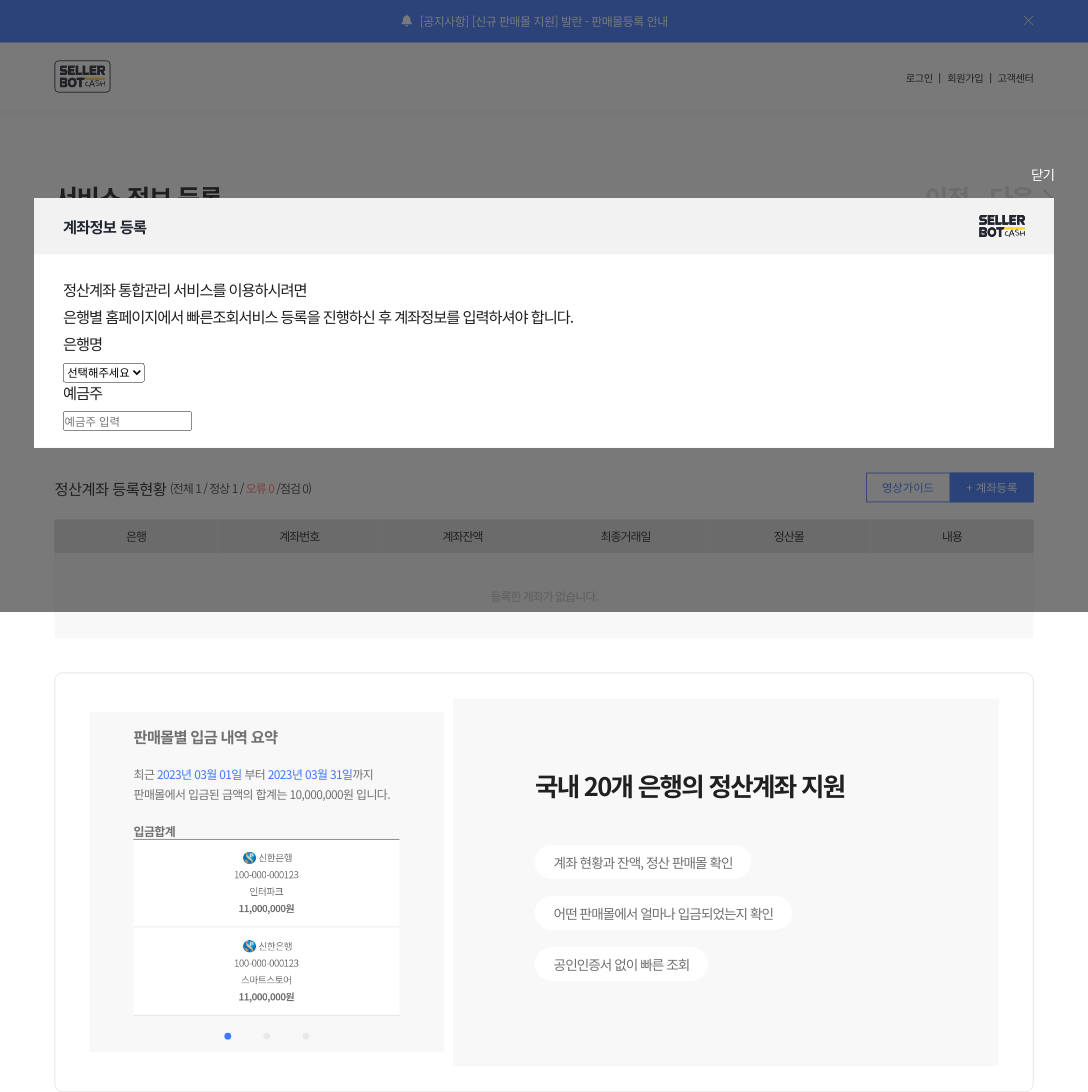
Repository: elemapfelr/ownServer
Page: test-server/web/sellerbot_signup/step_07.html
These files come from the project's save history. The page is drawn as it stood at one moment and after the next save; the edit follows.
The browser window is 1280 px wide. The pictures show the whole page, at 85% of full size.
After loading, the first visible `#regAcc` was clicked once.
Some web libraries are served in a nearby version. The style sheet was rebuilt from its Sass, Less or Tailwind sources for each picture, by a compiler version that may differ from the author's.

Above is the page before, as saved 2023-03-15 10:49:54.

### test-server/web/sellerbot_signup/step_07.html
<!DOCTYPE html>
<html lang="ko">

<head>
	<meta charset="UTF-8">
	<meta http-equiv="X-UA-Compatible" content="IE=edge">
	<meta name="viewport" content="width=device-width, initial-scale=1.0">
	<title>셀러봇캐시 회원가입</title>
	<link rel="stylesheet" href="./css/step_07.css">
	<script type="module" src="./js/step_07.js" defer></script>
	<script src="https://kit.fontawesome.com/133e10f389.js" crossorigin="anonymous"></script>
</head>

<body>
	<header>
		<div class="top">
			<div class="notification">
				<div class="text">
					<i class="fa-solid fa-bell"></i>
					<p>[공지사항] [신규 판매몰 지원] 발란 - 판매몰등록 안내</p>
				</div>
				<button><img src="./img/xmark.svg" alt="xmark"></button>
			</div>
		</div>
		<div class="bottom">
			<div class="logo"><img src="./img/sellerbotLogo.svg" alt="sellerbot"></div>
			<div class="right">
				<button>로그인</button>
				<span></span>
				<button>회원가입</button>
				<span></span>
				<button>고객센터</button>
			</div>
		</div>
	</header>
	<main>
		<section>
			<button class="fixed2" id="prevStep">
				<span>이전</span>
			</button>
			<button class="fixed" id="nextStep">
				<span>다음</span>
				<img src="./img/rightArrow.svg" />
			</button>
			<article id="top">
				<div class="title">
					<h1>서비스 정보 등록</h1>
				</div>
				<div class="processBar">
					<div class="first step">
						<span class="line"></span>
						<p>판매몰 등록</p>
					</div>
					<div class="second step">
						<span class="line"></span>
						<p>결제수단 등록</p>
					</div>
					<div class="third step active">
						<span class="line"></span>
						<p>계좌 등록</p>
					</div>
				</div>
			</article>
			<article id="accountReg">
				<p class="topText">나도 모르는 정산금 입금내역, 등록 한 번이면 쉽고 빠르게 볼 수 있습니다.</p>
				<div class="tableTop">
					<div class="left">
						<p>정산계좌 등록현황</p>
						<span>(<b>전체 1</b> / <b>정상 1</b> / <b class="err">오류 0</b> /<b>점검 0</b>)</span>
					</div>
					<div class="right">
						<button class="blue_outline" id="vidGuide">영상가이드</button>
						<button class="blue" id="regAcc">+ 계좌등록</button>
					</div>
				</div>
				<table id="accountList">
					<thead>
						<tr>
							<td>은행</td>
							<td>계좌번호</td>
							<td>계좌잔액</td>
							<td>최종거래일</td>
							<td>정산몰</td>
							<td>내용</td>
						</tr>
					</thead>
					<tbody>
						<tr class="noData">
							<td colspan="6">등록한 계좌가 없습니다.</td>
						</tr>
					</tbody>
				</table>
			</article>
			<article id="extraInfo">
				<div class="left">
					<div class="content">
						<h4>판매몰별 입금 내역 요약</h4>
						<p>최근 <b>2023년 03월 01일</b> 부터 <b>2023년 03월 31일</b>까지<br>
							판매몰에서 입금된 금액의 합계는 10,000,000원 입니다.</p>
						<h5>입금합계</h5>
						<img src="./img/step_07_img_01.png" alt="summary">
						<ul class="bottomUl">
							<li class="active"></li>
							<li></li>
							<li></li>
						</ul>
					</div>
				</div>
				<div class="right">
					<div class="content">
						<h3>국내 20개 은행의 정산계좌 지원</h3>
						<p>계좌 현황과 잔액, 정산 판매몰 확인</p>
						<p>어떤 판매몰에서 얼마나 입금되었는지 확인</p>
						<p>공인인증서 없이 빠른 조회</p>
					</div>
				</div>
			</article>
		</section>
	</main>
</body>

</html>

### test-server/web/sellerbot_signup/js/step_07.js
import modalShow from './import/modalShow.js';

document.querySelector('#prevStep').addEventListener('click', () => {
	location.href = './step_06.html';
});

document.querySelector('#regAcc').addEventListener('click', () => {
	let popupHtml = `
    <div class="head">
		<h5>계좌정보 등록</h5>
		<img src="./img/sellerbotLogo.svg" alt="sellerbot cash">
	</div>
	<div class="body">
		<p>정산계좌 통합관리 서비스를 이용하시려면</p>
		<p class="red">은행별 홈페이지에서 빠른조회서비스 등록을 진행하신 후 계좌정보를 입력하셔야 합니다.</p>
        <form action="action.do">
			<p>은행명</p>
			<div class="row">
				<select id="bankName">
					<option value="" selected>선택해주세요</option>
					<option value="신한">신한은행</option>
					<option value="국민">국민은행</option>
					<option value="농협">농협은행</option>
				</select>
			</div>
			<p>예금주</p>
			<div class="row">
				<input type="text" id="accUser" placeholder="예금주 입력">
			</div>
		</form>
	</div>`;
	modalShow({
		id: 'modal_01',
		content: popupHtml,
		function: () => {},
	});
});

### test-server/web/sellerbot_signup/css/scss/step_07.scss
@import "./common", "./modal";

article#accountReg{
    margin-top: 80px;

    p.topText{
        font-size: 18px;
        letter-spacing: -0.65px;
        text-align: left;
        color: #202020;
        margin-bottom: 80px;
    }

    .tableTop{
        display: flex;
        align-items: center;
        justify-content: space-between;

        .left{
            display: flex;
            align-items: center;
            p{
                font-size: 18px;
                font-weight: 500;
                letter-spacing: -0.65px;
                text-align: left;
                color: #202020;
            }
            span{
                margin-left: 4px;
                font-size: 14px;
                letter-spacing: -1.12px;
                text-align: left;
                color: #474246;

                b{
                    font-weight: normal;

                    &.err{
                        color: #ff7070;
                    }
                }
            }
        }

        .right{
            display: flex;
            align-items: center;

            button{
                padding: 7px 18px;
                box-sizing: border-box;
                border: 1px solid #3d78ff;
                cursor: pointer;

                &.blue_outline{
                    background-color: #fff;
                    color: #3d78ff;
                }
                &.blue{
                    background-color: #3d78ff;
                    color: white;
                }
            }
        }
    }

    table#accountList{
        width: 100%;
        margin-top: 20px;
        table-layout: fixed;
        border-collapse : collapse;
        border-spacing : 0;

        thead{
            tr{
                td{
                    text-align: center;
                    background-color: #dedede;
                    font-size: 14px;
                    letter-spacing: -1.12px;
                    text-align: center;
                    color: #202020;
                    padding: 10px 0;
                }
            }
        }
        tbody{
            background-color: #f8f8f8;
            tr.noData{
                td{
                    text-align: center;
                    font-size: 14px;
                    letter-spacing: -1.12px;
                    color: #bbb;
                    padding: 40px 0;
                }
            }
        }
    }
}

article#extraInfo{
    border: 1px solid #e3e3e3;
    border-radius: 10px;
    background-color: #fff;
    padding: 30px 40px;
    box-sizing: border-box;
    display: flex;
    align-items: center;
    justify-content: space-between;
    margin-top: 40px;

    .left{
        width: 39%;
        padding: 15px 0;
        background-color: #f8f8f8;

        .content{
            width: 75%;
            margin: 0 auto;
        }
        h4{
            font-size: 18px;
            font-weight: bold;
            letter-spacing: -0.9px;
            text-align: left;
            color: #707070;
            margin-bottom: 20px;
        }
        p{
            font-size: 14px;
            line-height: 1.71;
            letter-spacing: -0.7px;
            text-align: left;
            color: #707070;

            b{
                font-weight: normal;
                color: #3d78ff;
            }
        }
        h5{
            margin-top: 20px;
            font-size: 14px;
            font-weight: bold;
            letter-spacing: -0.7px;
            text-align: left;
            color: #707070;
        }
        img{
            width: 100%;
        }
        ul.bottomUl{
            width: 100px;
            height: auto;
            margin: 0 auto;
            margin-top: 20px;
            display: flex;
            align-items: center;
            justify-content: space-between;

            li{
                width: 8px;
                height: 8px;
                border-radius: 8px;
                background-color: #e8e8e8;

                &.active{
                    background-color: #3d78ff;
                }
            }
        }
    }
    .right{
        width: 60%;
        padding: 80px 0;
        background-color: #f8f8f8;

        .content{
            width: 70%;
            margin: 0 auto;

            h3{
                font-size: 30px;
                letter-spacing: -2px;
                text-align: left;
                color: #202020;
                margin-bottom: 48px;
            }

            p{
                display: inline-block;
                padding: 8px 22px;
                background-color: white;
                border-radius: 20px;
                font-size: 16px;
                font-weight: 500;
                letter-spacing: -1.12px;
                text-align: left;
                color: #707070;
                margin-bottom: 20px;
            }
        }
    }
}

.modal#modal_01{
    .popupBody{
        width: 1200px;
        max-height: 80vh;

        .head{
            width: 100%;
            height: auto;
            background-color: #f2f2f2;
            display: flex;
            align-items: center;
            justify-content: space-between;
            padding: 20px 34px;
            box-sizing: border-box;

            h5{
                font-size: 18px;
                font-weight: bold;
                letter-spacing: -0.9px;
                text-align: center;
                color: #22262f;
            }
        }
        .body{
            width: 100%;
            padding: 30px 34px 20px 34px;
            box-sizing: border-box;

            p{
                font-size: 18px;
                line-height: 1.33;
                letter-spacing: -1.26px;
                text-align: left;
                color: #202020;
                margin-bottom: 8px;
            }

            h2{
                margin-top: 100px;
                font-size: 18px;
                font-weight: 500;
                letter-spacing: -0.65px;
                text-align: left;
                color: #202020;
            }

            .flexBox{
                margin-top: 10px;
                border: 1px solid #e2e2e2;
                display: flex;
                align-items: center;
                .left{
                    width: 30%;
                    border-right: 1px solid #e2e2e2;
                    padding: 20px 0;

                    h5{
                        font-size: 24px;
                        font-weight: 500;
                        letter-spacing: -1.2px;
                        text-align: center;
                        color: #3d78ff;
                    }
                    h4{
                        font-size: 30px;
                        font-weight: bold;
                        letter-spacing: -1.5px;
                        text-align: center;
                        color: #202020;
                        margin-top: 10px;
                    }
                    small{
                        display: block;
                        font-size: 12px;
                        font-weight: 500;
                        letter-spacing: -0.6px;
                        text-align: center;
                        color: #202020;
                    }
                }

                .right{
                    width: 70%;
                    background-color: #f9f9f9;
                    padding: 48px 0;

                    .content{
                        width: 100%;
                        display: flex;
                        align-items: center;
                        justify-content: space-around;
                        margin: 0 auto;

                        p.gray{
                            font-size: 14px;
                            font-weight: 500;
                            letter-spacing: -0.5px;
                            text-align: left;
                            color: #c1c1c1;
                        }

                        .blue{
                            padding: 3px 19px;
                            background-color: #3d78ff;
                            border-radius: 20px;
                            font-size: 14px;
                            font-weight: 500;
                            letter-spacing: -0.5px;
                            text-align: center;
                            color: #fff;
                            margin-bottom: 5px;
                        }

                        .blue_outline{
                            padding: 2px 19px;
                            background-color: #fff;
                            border: 1px solid #3d78ff;
                            border-radius: 20px;
                            font-size: 14px;
                            font-weight: 500;
                            letter-spacing: -0.5px;
                            text-align: center;
                            color: #3d78ff;
                            margin-bottom: 5px;
                        }

                        p{
                            font-size: 14px;
                            font-weight: 500;
                            letter-spacing: -0.5px;
                            text-align: center;
                            color: #202020;
                        }

                        span.line{
                            width: 1px;
                            display: block;
                            height: 60px;
                            background-color: #e1e1e1;
                        }
                    }
                }

                &.payInfo{
                    .left{
                        h5{
                            font-size: 16px;
                            font-weight: bold;
                            letter-spacing: -0.8px;
                            text-align: center;
                            color: #202020;
                        }
                    }
                    .right{
                        padding: 0;
                        background-color: #f9f9f9;

                        p{
                            text-align: center;
                            font-size: 16px;
                            font-weight: 500;
                            letter-spacing: -0.8px;
                            color: #202020;
                        }
                    }
                }
            }
        }
    }
}

### test-server/web/sellerbot_signup/css/scss/_common.scss
@charset "utf-8";
@import url('https://fonts.googleapis.com/css2?family=Noto+Sans+KR:wght@100;300;400;500;700;900&display=swap');

$blue: #3d78ff;

* {
	margin: 0;
	padding: 0;
	font-family: 'Noto Sans KR', sans-serif;
}

html {
	font-size: 16px;
	letter-spacing: -0.98px;
}

html,
body {
	width: 100%;
	height: auto;
}

ol,
ul,
li {
	list-style: none;
}

a {
	text-decoration: none;
	color: #000;
}

img {
	border: 0;
	display: block;
}

header,
main,
footer,
nav,
section,
article,
aside {
	display: block;
}


header{
	width: 100%;
	height: 130px;
	box-shadow: 0 3px 6px 0 rgba(190, 190, 190, 0.16);
  	background-color: #fff;

	.top{
		width: 100%;
		height: auto;
		background-color: #3d78ff;
		padding: 14px 0 16px 0;

		.notification{
			width: 90%;
			max-width: 1200px;
			margin: 0 auto;
			display: flex;
			align-items: center;
			justify-content: center;

			.text{
				width: 100%;
				display: flex;
				justify-content: center;
				align-items: center;
				i{
					color: white;
					font-size: 14px;
				}
				p{
					font-size: 14px;
					letter-spacing: -0.53px;
					color: #fff;
					text-align: center;
					margin: 0 10px;
				}
			}

			button{
				float: right;
				border: none;
				background: none;
				outline: none;
				filter: invert(100%);
				cursor: pointer;
			}
		}
	}
	.bottom{
		width: 90%;
		max-width: 1200px;
		margin: 0 auto;
		height: 80px;
		display: flex;
		align-items: center;
		justify-content: space-between;

		.logo{
			padding: 5px;
			border: 1px solid #202020;
			border-radius: 5px;
		}

		.right{
			display: flex;
			align-items: center;

			button{
				font-size: 12px;
				letter-spacing: -0.46px;
				color: #202020;
				border: none;
				background: none;
				outline: none;
				cursor: pointer;
			}

			span{
				width: 1px;
				height: 12px;
				background-color: #202020;
				margin: 0 8px;
				margin-top: 4px;
				display: block;
			}
		}
	}
}

main{
	width: 100%;
	height: auto;

	.fixed2{
		background: none;
		border: none;
		outline: none;
		position: fixed;
		top: 210px;
		right: calc(5% + 100px);
		display: inline-flex;
		align-items: center;
		cursor: pointer;
		z-index: 1000;

		span{
			font-size: 30px;
			font-weight: bold;
			font-stretch: normal;
			font-style: normal;
			letter-spacing: -1.5px;
			text-align: right;
			color: #dedede;
			margin-bottom: 4px;
		}
	}

	.fixed{
		background: none;
		border: none;
		outline: none;
		position: fixed;
		top: 210px;
		right: 5%;
		display: inline-flex;
		align-items: center;
		z-index: 1000;
		cursor: pointer;

		span{
			font-size: 30px;
			font-weight: bold;
			font-stretch: normal;
			font-style: normal;
			letter-spacing: -1.5px;
			text-align: right;
			color: #dedede;
			margin-bottom: 4px;
		}

		img{
			filter: grayscale(100%) brightness(180%);
		}

		&.active{

			span{
				color: #3d78ff;
			}

			img{
				filter: none;
			}
		}
	}

	section{
		margin-top: 80px;

		article{
			width: 90%;
			max-width: 1200px;
			margin: 0 auto;

			input::placeholder{
				font-size: 12px;
				letter-spacing: -0.84px;
				color: #bbb;
			}
		}
	}
}

article#top{
	.title{
		display: flex;
		align-items: center;

		h1{
			font-size: 30px;
			font-weight: bold;
			letter-spacing: -1.5px;
			color: #202020;
			margin-bottom: 4px;
		}

		span{
			font-size: 12px;
			font-weight: 500;
			letter-spacing: -0.6px;
			text-align: center;
			color: #3d78ff;
			padding: 4px 18px 5px 18px;
			border: 1px solid #3d78ff;
			border-radius: 20px;
			margin-left: 4px;
			cursor: pointer;
		}
	}

	.processBar{
		margin-top: 80px;
		display: flex;
		align-items: center;
		justify-content: space-between;

		.step{
			width: 33.3333%;
			span{
				width: 100%;
				display: block;
				height: 2px;
				background-color: #dedede;
			}
			p{
				margin-top: 10px;
				text-align: center;
				font-size: 14px;
				font-weight: 500;
				letter-spacing: -0.5px;
				color: #dedede;
			}

			&.active{
				span{
					background-color: $blue;
				}
				p{
					color: #505050;
				}
			}
		}
	}
}

.checkBoxDiv {
	transform-origin: left;
	display: inline-flex;
	align-items: center;
	cursor: pointer;

	label.checkBox {
		width: 16px;
		height: 16px;
		border: 1px solid darken(#e8e8e8, 10%);
		border-radius: 13px;
		position: relative;
		transition: cubic-bezier(0.075, 0.82, 0.165, 1) .2s;
		cursor: pointer;
		display: block;
	}

	input.chkBox {
		display: none;

		&:checked+label.checkBox {
			background-color: $blue;
			border: 1px solid $blue;

			&::before {
				content: '';
				position: absolute;
				top: 0px;
				left: 3px;
				width: 9px;
				height: 12px;
				box-shadow: inset 2px 2px white;
				transform: rotate(-135deg);
			}
		}
	}

	label.text {
		margin-left: .2rem;
		font-size: .9rem;
		cursor: pointer;
	}

	&.square {
		label.checkBox {
			width: 15px;
			height: 15px;
			border: 1px solid darken(#e8e8e8, 10%);
			background-color: #fff;
			border-radius: 1px;
			position: relative;
			transition: cubic-bezier(0.075, 0.82, 0.165, 1) .2s;
			cursor: pointer;
			display: block;
		}

		input.chkBox {
			display: none;

			&:checked+label.checkBox {
				background-color: $blue;
				border: 1px solid $blue;

				&::before {
					content: '';
					position: absolute;
					top: -1px;
					left: 2.5px;
					width: 9px;
					height: 12px;
					box-shadow: inset 2px 2px white;
					transform: rotate(-135deg);
				}
			}
		}
	}
}


@media only screen and (max-width: 1400px) {
	main{
		.fixed2{
			right: 140px;
		}
		.fixed{
			right: 40px;
		}
	}
}

@media only screen and (max-width: 1200px) {
	main{
		section{
			margin-top: 40px;
		}
	}
	article#top{
		.title{

			h1{
				font-size: 26px;
				letter-spacing: -1.3px;
			}
		}
		.processBar{
			margin-top: 60px;

			.step{
				p{
					font-size: 12px;
				}
			}
		}
	}
}

@media only screen and (max-width: 900px) {
	header{
		.top{
			.notification{
				.text{
					i,p{
						font-size: 12px;
					}
				}
			}
		}
	}
	main{
		.fixed2{
			top: auto;
			left: 0;
			right: auto;
			bottom: 0;
			width: 30%;
			justify-content: center;
			background-color: #f0f0f0;
			z-index: 10;
			padding: 12px 0;

			span{
				display: block;
				text-align: center;
				font-size: 22px;
				color: #cecece;
			}
		}
		.fixed{
			top: auto;
			right: 0;
			bottom: 0;
			width: 100%;
			justify-content: center;
			background-color: #e8e8e8;
			z-index: 10;
			padding: 12px 0;

			&._70{
				width: 70%;
			}

			span{
				display: block;
				text-align: center;
				font-size: 22px;
				color: #cecece;
			}

			img{
				display: none;
			}

			&.active{
				background-color: #3d78ff;

				span{
					color: white;
				}
			}
		}
	}
}

### test-server/web/sellerbot_signup/css/scss/_modal.scss
.modal {
	position: fixed;
	top: 0;
	left: 0;
	width: 100%;
	height: 100%;
	background-color: transparentize(#202020, .4);
	align-items: center;
	justify-content: center;
	z-index: 1000;
	overflow: hidden;
	display: flex;
	padding: 0 30px;
	box-sizing: border-box;

	.layerPopup {
		width: fit-content;
		height: auto;
		margin: 0 auto;
		box-sizing: border-box;
		overflow: hidden;
		position: relative;

		.popupHead {
			width: 100%;
			height: 40px;
			display: flex;
			justify-content: right;
			align-items: flex-start;

			button {
				cursor: pointer;
				border: none;
				background: none;

				span {
					font-size: 16px;
					font-weight: 300;
					letter-spacing: -1.12px;
					text-align: left;
					color: #fff;
				}
			}
		}

		.popupBody {
			width: 100%;
			height: auto;
			background-color: white;
			max-height: 70vh;
			overflow-y: auto;
			overflow-x: hidden;

			&::-webkit-scrollbar {
                width: 12px;
                height: 12px;
            }

            &::-webkit-scrollbar-track {
                background-color: #fff;
                border: 1px solid #e2e2e2;
            }

            &::-webkit-scrollbar-thumb {
                background-color: #f2f2f2;
                border: 1px solid #e2e2e2;
            }

			h1{
				font-size: 24px;
				font-weight: bold;
				letter-spacing: -1.92px;
				text-align: center;
				color: #202020;
			}
		}

		.btnBox {
			width: 100%;
			height: auto;
			margin: 0 auto;
			display: flex;
			align-items: center;

			button {
				width: 100%;
				outline: none;
				padding: 15px 0;
				cursor: pointer;
				border: none;
				font-size: 16px;
				font-weight: 500;
				letter-spacing: -1.12px;
				text-align: center;
				color: #2e1e00;
				// background-color: ;
			}
		}
	}
}

Loaded but not shown: test-server/web/sellerbot_signup/js/import/createElement.js (65 lines, source omitted); test-server/web/sellerbot_signup/js/import/modalShow.js (54 lines, source omitted)

After the next save:
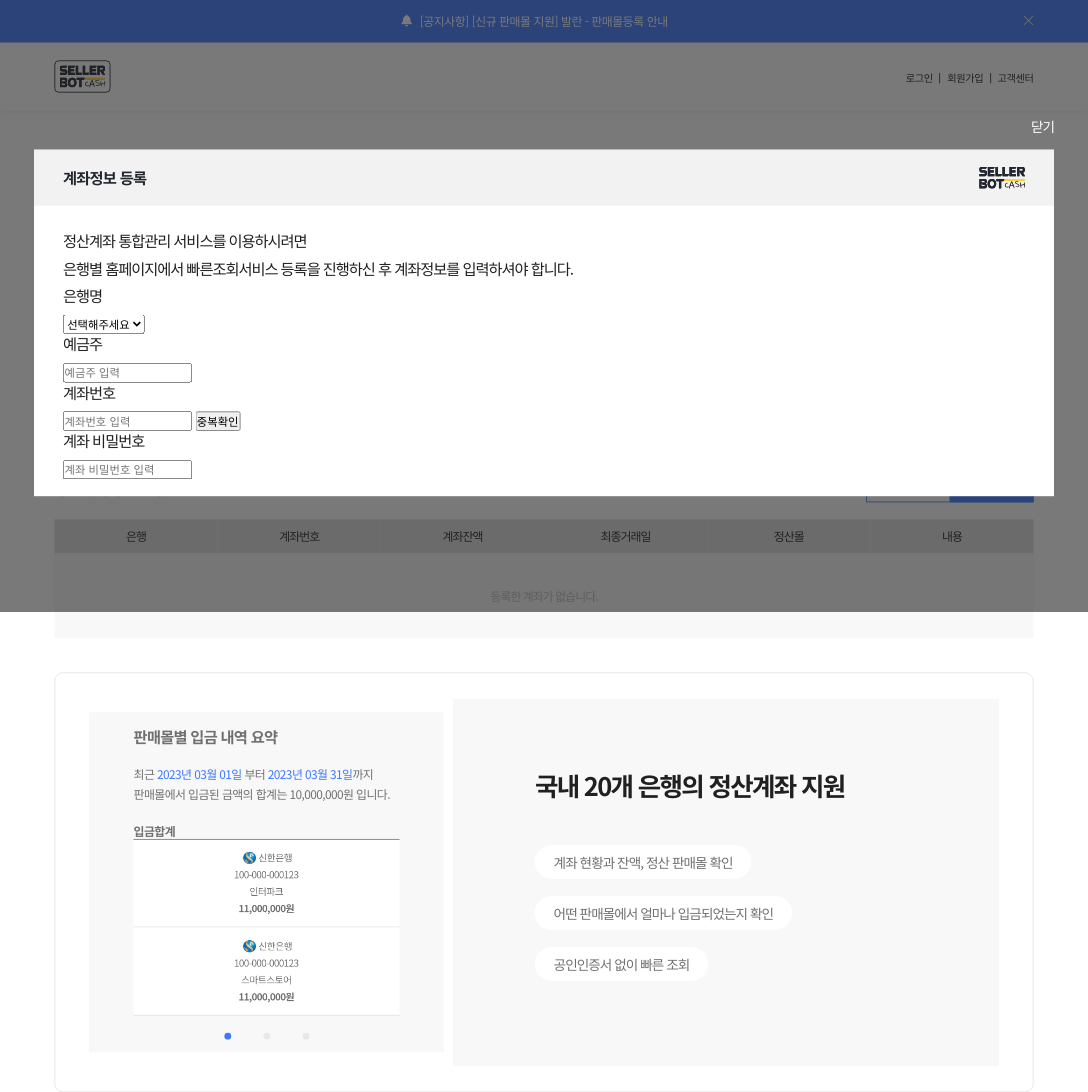
Saved 100 s later.
--- a/test-server/web/sellerbot_signup/js/step_07.js
+++ b/test-server/web/sellerbot_signup/js/step_07.js
@@ -27,6 +27,15 @@
 			<div class="row">
 				<input type="text" id="accUser" placeholder="예금주 입력">
 			</div>
+			<p>계좌번호</p>
+			<div class="flexRow">
+				<input type="text" id="accNum" class="onlyNumber" placeholder="계좌번호 입력">
+				<button id="confirmAccNum">중복확인</button>
+			</div>
+			<p>계좌 비밀번호</p>
+			<div class="row">
+				<input type="text" id="accPw" class="onlyNumber" placeholder="계좌 비밀번호 입력">
+			</div>
 		</form>
 	</div>`;
 	modalShow({
